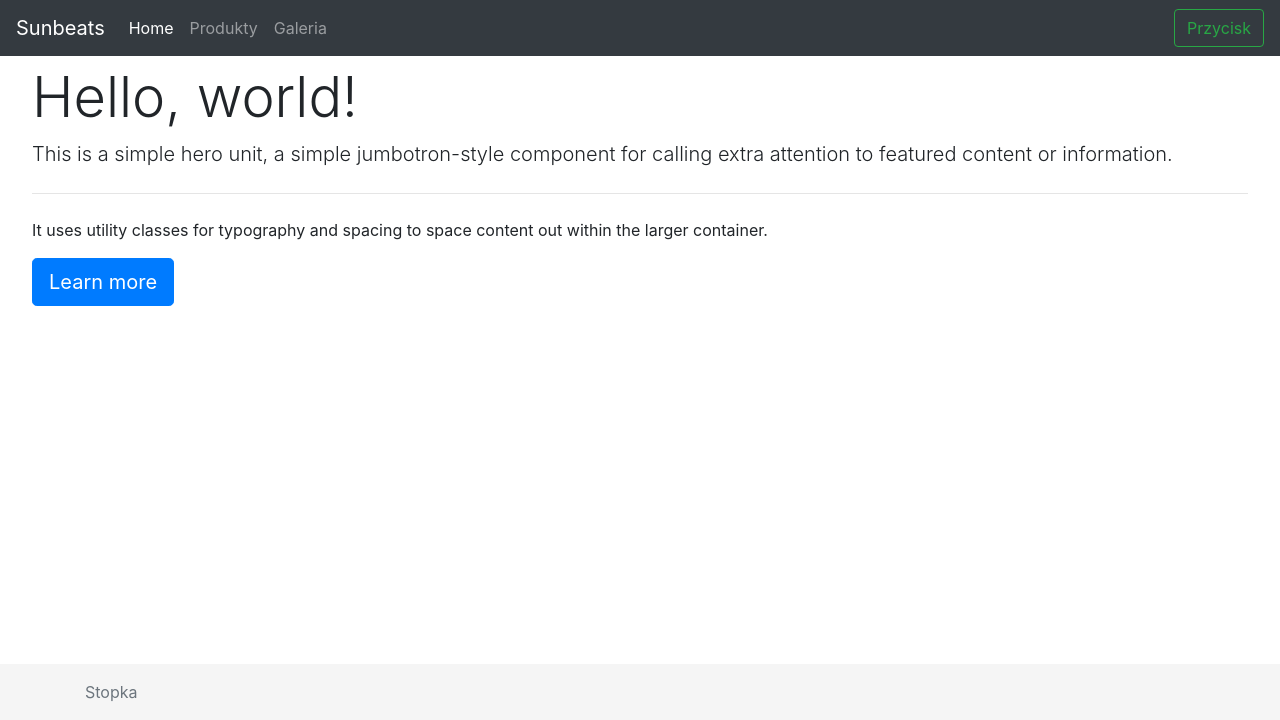
Repository: Audio-site/sunbeats
Page: index.html
An editor plug-in stored every save of this project. The page is shown before and after the next save, followed by the edit.
The browser window is 1280 px wide. The pictures show the whole page.

Above is the page before, as saved 2020-08-25 00:21:52.

### index.html
<!doctype html>
<html lang="en" class="h-100">
  <head>
    <meta charset="utf-8">
    <meta name="viewport" content="width=device-width, initial-scale=1, shrink-to-fit=no">
    <meta name="description" content="">
    <meta name="author" content="Mark Otto, Jacob Thornton, and Bootstrap contributors">
    <meta name="generator" content="Jekyll v4.1.1">
    <title>Sunbeats</title>

    <link rel="canonical" href="https://getbootstrap.com/docs/4.5/examples/sticky-footer-navbar/">

    <!-- Bootstrap core CSS -->
<link href="../assets/dist/css/bootstrap.min.css" rel="stylesheet">

    <style>
      .bd-placeholder-img {
        font-size: 1.125rem;
        text-anchor: middle;
        -webkit-user-select: none;
        -moz-user-select: none;
        -ms-user-select: none;
        user-select: none;
      }

      @media (min-width: 768px) {
        .bd-placeholder-img-lg {
          font-size: 3.5rem;
        }
      }

    </style>
    <!-- Custom styles for this template -->
    <link href="../assets/css/sticky-footer-navbar.css" rel="stylesheet">
  </head>
  <body class="d-flex flex-column h-100">
    <header>
  <!-- Fixed navbar -->
  <nav class="navbar navbar-expand-md navbar-dark fixed-top bg-dark">
    <a class="navbar-brand" href="#">Sunbeats</a>
    <button class="navbar-toggler" type="button" data-toggle="collapse" data-target="#navbarCollapse" aria-controls="navbarCollapse" aria-expanded="false" aria-label="Toggle navigation">
      <span class="navbar-toggler-icon"></span>
    </button>
    <div class="collapse navbar-collapse" id="navbarCollapse">
      <ul class="navbar-nav mr-auto">
        <li class="nav-item active">
          <a class="nav-link" href="../index.html">Home <span class="sr-only">(current)</span></a>
        </li>
        <li class="nav-item">
          <a class="nav-link" href="../products.html">Produkty</a>
        </li>
        <li class="nav-item">
          <a class="nav-link" href="#">Galeria</a>
        </li>
      </ul>
        <button class="btn btn-outline-success my-2 my-sm-0" type="submit">Przycisk</button>
    </div>
  </nav>
</header>

<!-- Begin page content -->

<div class="jumbotron bg-white">
  <h1 class="display-4">Hello, world!</h1>
  <p class="lead">This is a simple hero unit, a simple jumbotron-style component for calling extra attention to featured content or information.</p>
  <hr class="my-4">
  <p>It uses utility classes for typography and spacing to space content out within the larger container.</p>
  <a class="btn btn-primary btn-lg" href="#" role="button">Learn more</a>
</div>

<footer class="footer mt-auto py-3">
  <div class="container">
    <span class="text-muted">Stopka</span>
  </div>
</footer>
<script src="https://code.jquery.com/jquery-3.5.1.slim.min.js" integrity="sha384-DfXdz2htPH0lsSSs5nCTpuj/zy4C+OGpamoFVy38MVBnE+IbbVYUew+OrCXaRkfj" crossorigin="anonymous"></script>
      <script>window.jQuery || document.write('<script src="../assets/js/vendor/jquery.slim.min.js"><\/script>')</script><script src="../assets/dist/js/bootstrap.bundle.min.js"></script>
</html>

Loaded but not shown: assets/dist/css/bootstrap.min.css (library); assets/css/sticky-footer-navbar.css (common file); assets/dist/js/bootstrap.bundle.min.js (library)

After the next save:
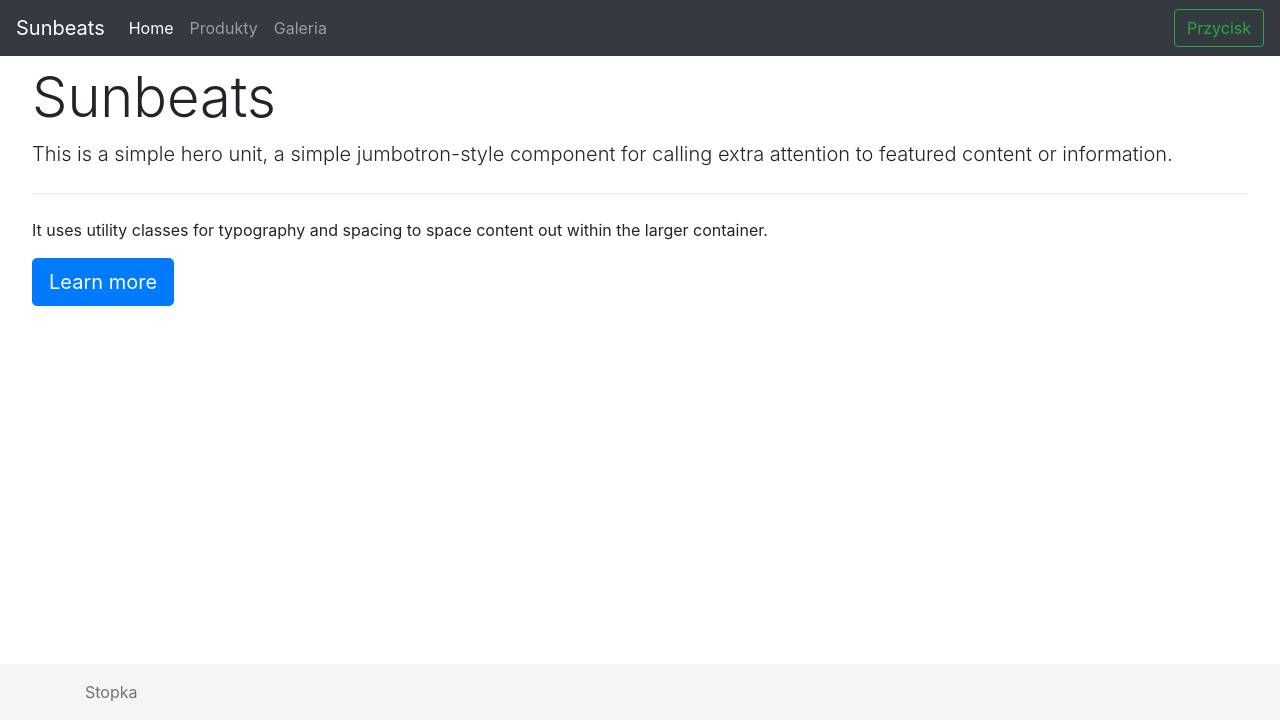
Saved 14 s later.
--- a/index.html
+++ b/index.html
@@ -61,7 +61,7 @@
 <!-- Begin page content -->
 
 <div class="jumbotron bg-white">
-  <h1 class="display-4">Hello, world!</h1>
+  <h1 class="display-4">Sunbeats</h1>
   <p class="lead">This is a simple hero unit, a simple jumbotron-style component for calling extra attention to featured content or information.</p>
   <hr class="my-4">
   <p>It uses utility classes for typography and spacing to space content out within the larger container.</p>
